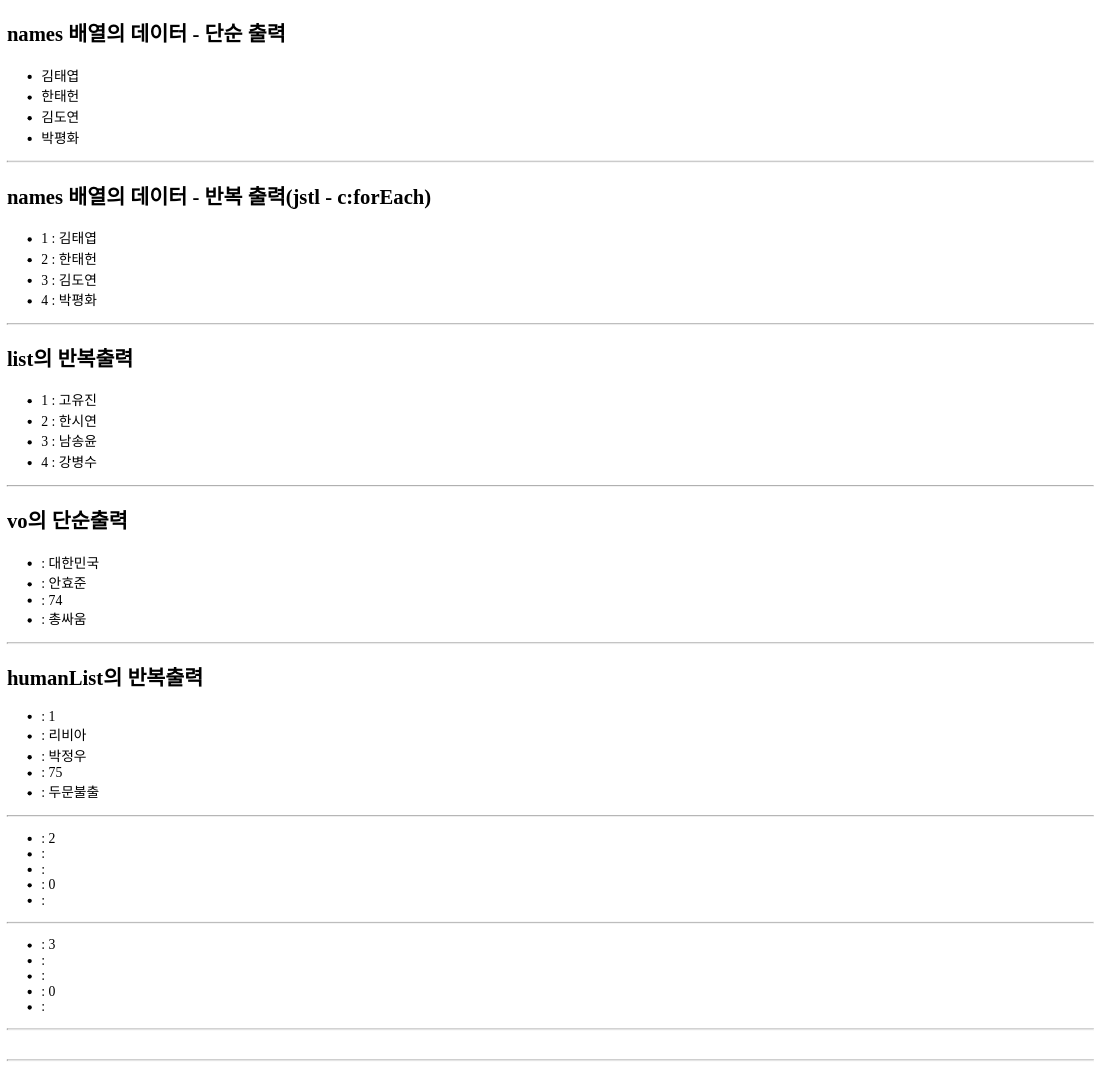
Repository: okgunyang/jsp
Page: http://localhost/practice02/GetJavaDataCtrl.do
An editor plug-in stored every save of this project. The page is shown before and after the next save, followed by the edit.
The browser window is 1280 px wide. The pictures show the whole page, at 86% of full size.
The page is served by Tomcat 9. Other server files are loaded and not shown.

Above is the page before, as saved 2022-11-10 06:22:41.

### practice02/WebContent/06getJavaData.jsp
<%@ page language="java" contentType="text/html; charset=UTF-8"
    pageEncoding="UTF-8"%>
<%@ taglib prefix="c" uri="http://java.sun.com/jsp/jstl/core"  %>
<%@ taglib prefix="fmt" uri="http://java.sun.com/jsp/jstl/fmt" %>
<%@ page import="java.util.*, java.lang.*" %>
<%@ page import="java.text.*, java.net.InetAddress" %>
<%@ page import="com.example.*" %>
<%@ include file="common.jsp" %>
<!DOCTYPE html>
<html>
<head>
<meta charset="UTF-8">
<title>06getJavaData - Java 객체를 EL로 받기</title>
</head>
<body>
<h2>names 배열의 데이터 - 단순 출력</h2>
<ul>
	<li>${names[0] }</li>
	<li>${names[1] }</li>
	<li>${names[2] }</li>
	<li>${names[3] }</li>
</ul>
<hr>
<h2>names 배열의 데이터 - 반복 출력(jstl - c:forEach)</h2>
<ul>
	<c:forEach items="${names }" var="name" varStatus="status">
	<li>${status.count } : ${name }</li>
	</c:forEach>
</ul>
<hr>
<h2>list의  반복출력</h2>
<ul>
	<c:forEach items="${list }" var="ls" varStatus="status">
	<li>${status.count } : ${ls }</li>
	</c:forEach>
</ul>
<hr>
<h2>vo의 단순출력</h2>
<ul>
	<li> : ${vo.country }</li>
	<li> : ${vo.name }</li>
	<li> : ${vo.age }</li>
	<li> : ${vo.hobby }</li>
</ul>
<hr>
<h2>humanList의  반복출력</h2>
<c:forEach items="${hList }" var="human" varStatus="status">
<ul>
	<li> : ${status.count }</li>
	<li> : ${human.country }</li>
	<li> : ${human.name }</li>
	<li> : ${human.age }</li>
	<li> : ${human.hobby }</li>
</ul>
<hr>
</c:forEach>
<br><hr><br>

</body>
</html>

### practice02/WebContent/common.jsp
<%@ page language="java" contentType="text/html; charset=UTF-8"
    pageEncoding="UTF-8"%>
<%
%>

### practice02/src/com/example/GetJavaDataCtrl.java
package com.example;

import java.io.IOException;
import java.util.ArrayList;
import java.util.HashMap;

import javax.servlet.RequestDispatcher;
import javax.servlet.ServletException;
import javax.servlet.annotation.WebServlet;
import javax.servlet.http.HttpServlet;
import javax.servlet.http.HttpServletRequest;
import javax.servlet.http.HttpServletResponse;

@WebServlet("/GetJavaDataCtrl.do")
public class GetJavaDataCtrl extends HttpServlet {
	private static final long serialVersionUID = 1L;

    public GetJavaDataCtrl() {
        super();
    }

	protected void service(HttpServletRequest request, HttpServletResponse response) throws ServletException, IOException {
		String[] names = {"김태엽","한태헌","김도연","박평화"};

		ArrayList<String> list = new ArrayList<String>();
		list.add("고유진");
		list.add("한시연");
		list.add("남송윤");
		list.add("강병수");

		HashMap<String, String> map = new HashMap<>();
		map.put("name1", "조민재");
		map.put("name2", "이하영");
		map.put("name3", "김연정");
		map.put("name4", "김지훈");

		HashMap<String, String> map2 = new HashMap<>();
		map2.put("name", "김지은");
		map2.put("age", "59");
		map2.put("height", "184");

		Human vo = new Human();
		vo.setName("안효준");
		vo.setCountry("대한민국");
		vo.setAge(74);
		vo.setHobby("총싸움");

		ArrayList<Human> hList = new ArrayList<Human>();
		Human human = new Human();
		human.setName("정진석");
		human.setAge(97);
		human.setCountry("콩고");
		human.setHobby("폭포에서 뛰어내리기");
		hList.add(human);

		Human human2 = new Human();
		human.setName("정병진");
		human.setAge(88);
		human.setCountry("이집트");
		human.setHobby("사막에서 바늘찾기");
		hList.add(human2);

		Human human3 = new Human();
		human.setName("박정우");
		human.setAge(75);
		human.setCountry("리비아");
		human.setHobby("두문불출");
		hList.add(human3);

		request.setAttribute("names", names);
		request.setAttribute("list", list);
		request.setAttribute("map", map);
		request.setAttribute("map2", map2);
		request.setAttribute("vo", vo);
		request.setAttribute("hList", hList);
		//06getJavaData.jsp
		RequestDispatcher view = request.getRequestDispatcher("06getJavaData.jsp");
		view.forward(request, response);
	}
}

### practice02/src/com/example/Human.java
package com.example;

public class Human {
	private String country;
	private String name;
	private int age;
	private String hobby;
	public String getCountry() {
		return country;
	}
	public void setCountry(String country) {
		this.country = country;
	}
	public String getName() {
		return name;
	}
	public void setName(String name) {
		this.name = name;
	}
	public int getAge() {
		return age;
	}
	public void setAge(int age) {
		this.age = age;
	}
	public String getHobby() {
		return hobby;
	}
	public void setHobby(String hobby) {
		this.hobby = hobby;
	}
}

After the next save:
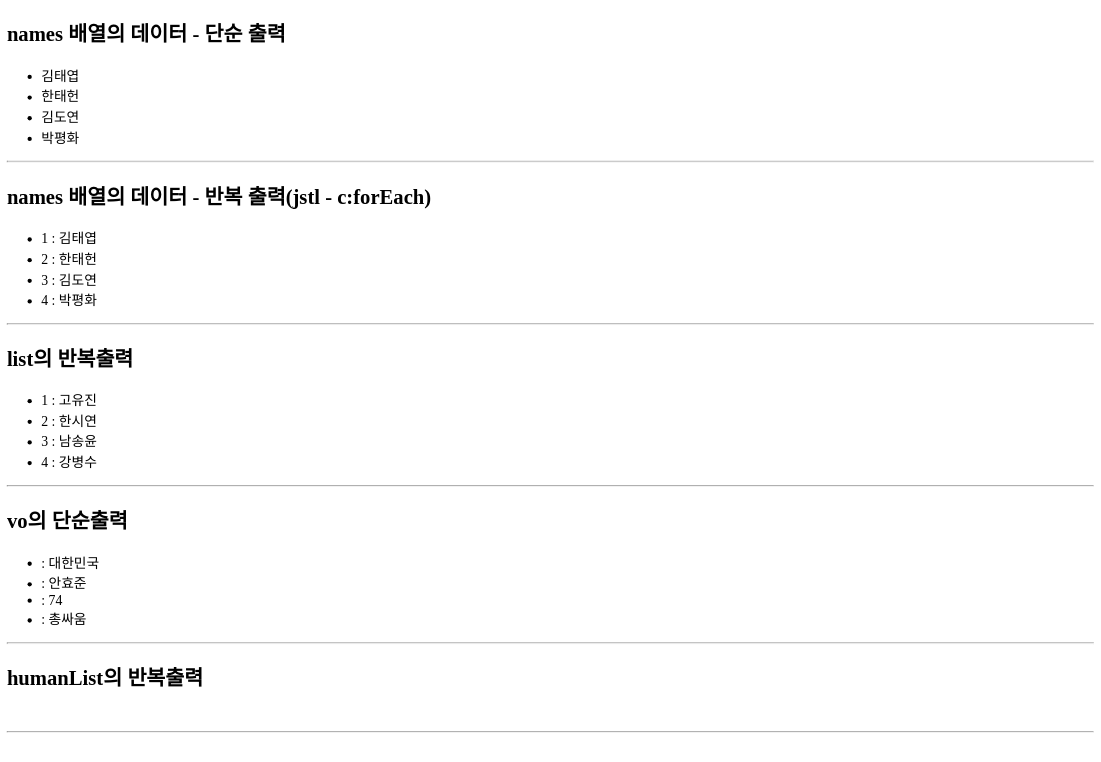
Saved 65 s later.
--- a/practice02/WebContent/06getJavaData.jsp
+++ b/practice02/WebContent/06getJavaData.jsp
@@ -44,7 +44,7 @@
 </ul>
 <hr>
 <h2>humanList의  반복출력</h2>
-<c:forEach items="${hList }" var="human" varStatus="status">
+<c:forEach items="${humanList }" var="human" varStatus="status">
 <ul>
 	<li> : ${status.count }</li>
 	<li> : ${human.country }</li>
